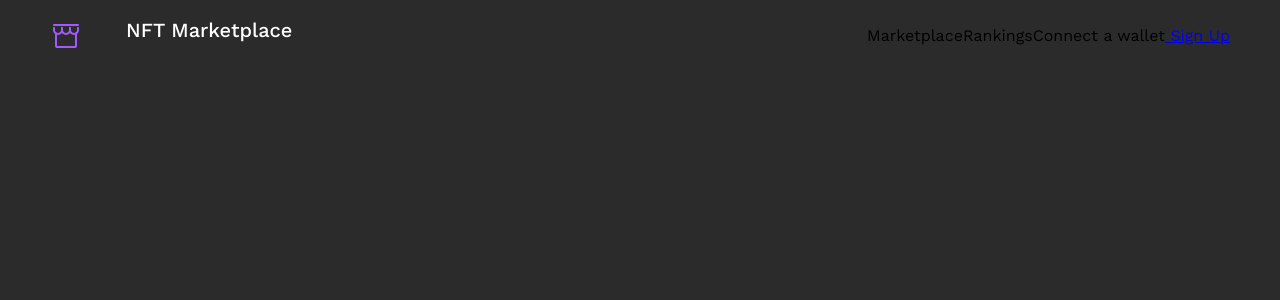
Repository: leehoang1202/NFT-Marketplace
Page: index.html
The author's editor kept a copy of each file at every save. The page is drawn from the files as they stood at one save, then again after the next save.
The browser window is 1280 px wide. The pictures show the whole page.

Above is the page before, as saved 2024-12-11 08:09:25.

### index.html
<!DOCTYPE html>
<html lang="en">
<head>
    <meta charset="UTF-8">
    <meta name="viewport" content="width=device-width, initial-scale=1.0">
    <title>NFT Marketplace</title>

    <!-- Embed Font -->
    <link rel="preconnect" href="https://fonts.googleapis.com">
    <link rel="preconnect" href="https://fonts.gstatic.com" crossorigin>
    <link href="https://fonts.googleapis.com/css2?family=Work+Sans:ital,wght@0,100..900;1,100..900&display=swap" rel="stylesheet">
    <link rel="stylesheet" href="./assets/reset.css">
    <link rel="stylesheet" href="./assets/style.css">
</head>
<body>
    <!-- Header -->
    <header class="navbar">
        <div class="navbar__brand">
            <img src="./assets/img/Storefront.svg" alt="" class="navbar--logo">
            <span class="navbar--text">NFT Marketplace</span>
        </div>
        <div class="navbar__menu">
            <ul class="navbar--list">
                <li class="navbar-item">Marketplace</li>
                <li class="navbar-item">Rankings</li>
                <li class="navbar-item">Connect a wallet</li>
            </ul>
            <a href="#!" class="navbar__btn">
                <img src="" alt="" class="navbar__button">
                <span class="navbar__button--text">Sign Up</span>
            </a>
        </div>
    </header>
</body>
</html>

### assets/style.css
* {
    box-sizing: border-box;
}

html {
    background-color: #2B2B2B;
}

main {
    font-family: "Work Sans", sans-serif;
}

/* Header */
.navbar {
    display: flex;
    margin: 20px 50px;
    justify-content: space-between;
    align-items: center;
    font-family: "Work Sans", sans-serif;
}

.navbar__brand {
    display: flex;
}

.navbar--text {
    margin-left: 44px;
    font-size: 20px;
    font-weight: 500;
    color: #fff;
}

.navbar__menu {
    display: flex;
}

.navbar--list {
    display: flex;
}

Loaded but not shown: assets/reset.css (common file)

After the next save:
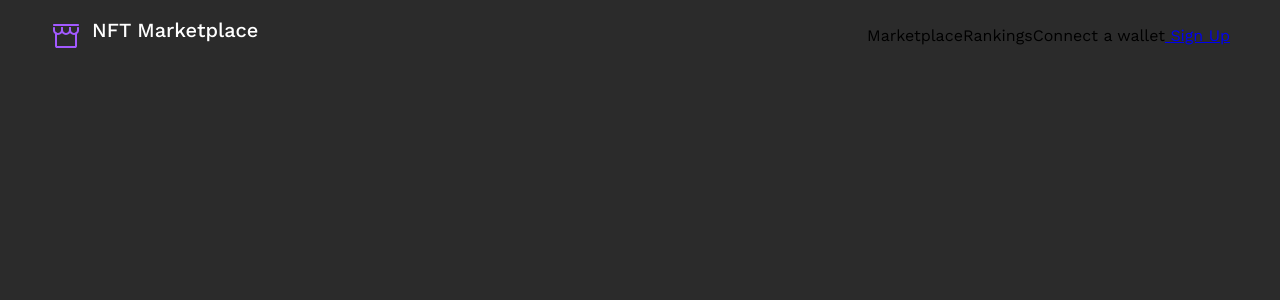
Saved 65 s later.
--- a/assets/style.css
+++ b/assets/style.css
@@ -24,7 +24,7 @@
 }
 
 .navbar--text {
-    margin-left: 44px;
+    margin-left: 10px;
     font-size: 20px;
     font-weight: 500;
     color: #fff;
